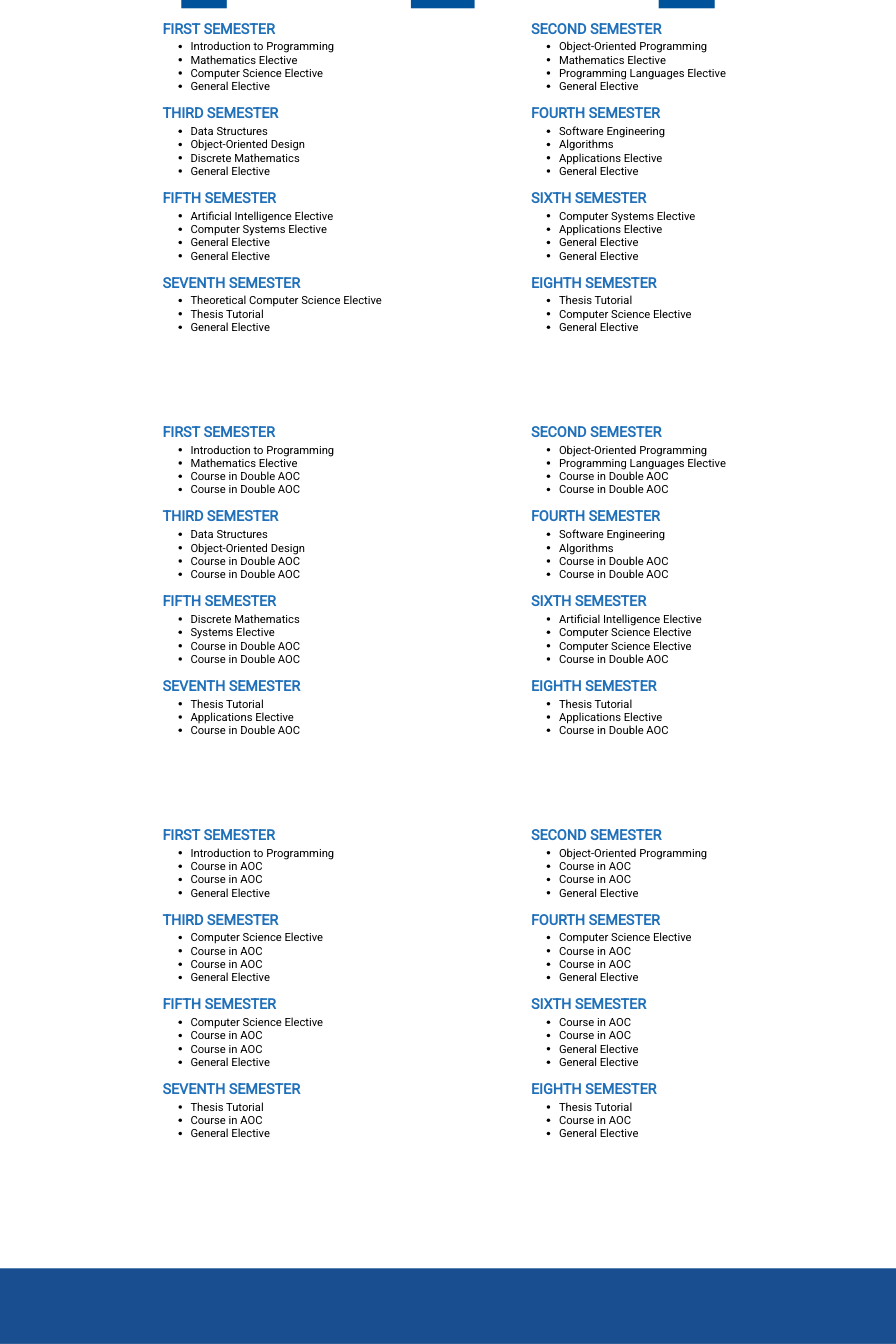
Repository: tylazar/NCFCS
Page: curriculum.html
An editor plug-in stored every save of this project. The page is shown before and after the next save, followed by the edit.
The browser window is 1280 px wide. The pictures show the part of the page from y = 1937 to 3857 px (the page is 3857 px tall before and 2673 px after), at 70% of full size.

Above is the page before, as saved 2020-02-12 17:36:45.
Console error: TypeError: Cannot read properties of undefined (reading 'style')

### curriculum.html
<!DOCTYPE html>
<html lang="en-US">
<head>
	<title>New College of Florida | Curriculum</title>

	<link rel="stylesheet" type="text/css" href="styles\curriculum.css">
	<link href="https://fonts.googleapis.com/css?family=Montserrat|Roboto&display=swap" rel="stylesheet">
</head>
<body>
	<ul id="top-nav">
		<li class="nav"><a href="https://www.ncf.edu/"><img id="nav-img-left" src="images\logo-white.png" alt="New College of Florida"></a></li>
		<li class="nav"><a class="top-link" href="index.html">Home</a></li>
		<li class="nav"><a class="top-link active" href="curriculum.html">Curriculum</a></li>
		<li class="nav"><a class="top-link" href="faculty\index.html">Faculty & Alumni</a></li>
		<li class="nav"><a class="top-link" href="projects\index.html">Student Projects</a></li>
		<li class="nav"><a class="top-link" href="resources.html">Highlights</a></li>
		<li class="nav"><img id="nav-img-right" src="images\four-winds-white.png" alt="Four Winds logo"></li>
	</ul>

	<div id="body-content">
		<h1>CURRICULUM</h1>
		<h3>At New College, we believe in the value of interdisciplinary education
			and flexibility in curriculum to meet each student's individual
			needs.</h3>
			<p class="standard-text">Instead of majors and minors, we have Areas of
				Concentrations (AOCs) and Slashes. Students wishing to having two AOCs
				as their primary educational focus can get a Double AOC in which the
				requirements of both AOCs are fully met. This system allows our students
				to focus on topics they're passionate in while still exploring other
				areas and learning from different perspectives. Each AOC has required
				courses for graduation, but the time these are taken and supplementary
				classes are up to the student and their advisor. </p>

				<hr>
				<h2>Core Computer Science Courses</h2>
				<img id="reqs" src="images\reqs.png" alt="A flowchart of core required courses">

				<h2>Sample Elective Courses</h2>
				<button class="collapsible first">Applications (2 Required)</button>
				<div class="collaps-content">
					<table>
						<tr>
							<td><p>Databases and Web Applications</p></td>
							<td><p>High Performance Computing</p></td>
						</tr>
						<tr>
							<td><p>Mobile Applications</p></td>
							<td><p>Augmented Reality</p></td>
						</tr>
						<tr>
							<td><p>Human Centered Computing</p></td>
							<td><p>Web Security</p></td>
						</tr>
						<tr>
							<td><p>Bioinformatics</p></td>
							<td><p>Computer Graphics</p></td>
						</tr>
					</table>
				</div>

				<button class="collapsible">Artificial Intelligence (1 Required)</button>
				<div class="collaps-content">
					<table>
						<tr>
							<td><p>Data Mining and Machine Learning</p></td>
							<td><p>Applied Machine Learning</p></td>
						</tr>
						<tr>
							<td><p>Natural Language Processing</p></td>
							<td><p>A.I. and its Philosophical Underpinnings</p></td>
						</tr>
						<tr>
							<td><p>Artificial Intelligence</p></td>
							<td><p>Multiagent Systems</p></td>
						</tr>
					</table>
				</div>

				<button class="collapsible">Computer Systems (2 Required)</button>
				<div class="collaps-content">
					<table>
						<tr>
							<td><p>Computer Networks</p></td>
							<td><p>Distributed Computing</p></td>
						</tr>
						<tr>
							<td><p>Intro Computer Architecture</p></td>
							<td><p>Parallel Algorithms</p></td>
						</tr>
						<tr>
							<td><p>Operating Systems</p></td>
							<td><p>Hacking</p></td>
						</tr>
					</table>
				</div>

				<button class="collapsible">Mathematics (2 Required)</button>
				<div class="collaps-content">
					<table>
						<tr>
							<td><p>Dealing with Data</p></td>
							<td><p>Graph Theory</p></td>
						</tr>
						<tr>
							<td><p>Linear Algebra</p></td>
							<td><p>Information Theory</p></td>
						</tr>
						<tr>
							<td><p>Calculus</p></td>
							<td><p>Number Theory</p></td>
						</tr>
					</table>
				</div>

				<button class="collapsible">Programming Languages (1 Required)</button>
				<div class="collaps-content">
					<table>
						<tr>
							<td><p>The C Programming Language</p></td>
							<td><p>Functional Problem Solving with Scheme</p></td>
						</tr>
						<tr>
							<td><p>Principles of Programming Languages</p></td>
							<td><p>C++</p></td>
						</tr>
						<tr>
							<td><p>Compilers</p></td>
						</tr>
					</table>
				</div>

				<button class="collapsible">Theoretical Computer Science (1 Required)</button>
				<div class="collaps-content">
					<table>
						<tr>
							<td><p>Advanced Algorithm Design and Analysis</p></td>
							<td><p>Cryptography</p></td>
						</tr>
						<tr>
							<td><p>Computational Complexity Theory</p></td>
							<td><p>Applied Topics in Algorithms</p></td>
						</tr>
						<tr>
							<td><p>Theory of Computation</p></td>
							<td><p>Advanced Discrete Mathematics</p></td>
						</tr>
					</table>
				</div>


				<hr>
				<h3>New College prides itself on its motivated and independent students.</h3>
				<p class="standard-text">New College students must satisfy both the requirements of the Liberal Arts Curriculum (LAC), New College's general education program, and the specific requirements for their major (Area of Concentration, or AOC), Double AOC, or minor (slash). With so many opportunities each term, the pathways below are provided as examples of how a student could complete the requirements for graduation.</p>
				<p class="standard-text">We've put some checkpoints in place so that you make the most of your time at New College. Each term, you'll meet with your faculty advisor to discuss courses, tutorials, internships, and other academic experience. </p>

				<script type="text/javascript" src="scripts\collapsible.js"></script>

				<h2 class="path-h2">Sample Pathways</h2>
				<div class="path-header">
					<button class="path-btn" onclick="changePath('AOC')">AOC</button>
					<button class="path-btn" onclick="changePath('double')">DOUBLE</button>
					<button class="path-btn" onclick="changePath('slash')">SLASH</button>
				</div>

				<div class="path AOC">
					<ul>
						<li class="semester left"><h4>FIRST SEMESTER</h4>
							<ul>
								<li>Introduction to Programming</li>
								<li>Mathematics Elective</li>
								<li>Computer Science Elective</li>
								<li>General Elective</li>
							</ul>
						</li>
						<li class="semester right"><h4>SECOND SEMESTER</h4>
							<ul>
								<li>Object-Oriented Programming</li>
								<li>Mathematics Elective</li>
								<li>Programming Languages Elective</li>
								<li>General Elective</li>
							</ul>
						</li>
						<li class="semester left"><h4>THIRD SEMESTER</h4>
							<ul>
								<li>Data Structures</li>
								<li>Object-Oriented Design</li>
								<li>Discrete Mathematics</li>
								<li>General Elective</li>
							</ul>
						</li>
						<li class="semester right"><h4>FOURTH SEMESTER</h4>
							<ul>
								<li>Software Engineering</li>
								<li>Algorithms</li>
								<li>Applications Elective</li>
								<li>General Elective</li>
							</ul>
						</li>
						<li class="semester left"><h4>FIFTH SEMESTER</h4>
							<ul>
								<li>Artificial Intelligence Elective</li>
								<li>Computer Systems Elective</li>
								<li>General Elective</li>
								<li>General Elective</li>
							</ul>
						</li>
						<li class="semester right"><h4>SIXTH SEMESTER</h4>
							<ul>
								<li>Computer Systems Elective</li>
								<li>Applications Elective</li>
								<li>General Elective</li>
								<li>General Elective</li>
							</ul>
						</li>
						<li class="semester left"><h4>SEVENTH SEMESTER</h4>
							<ul>
								<li>Theoretical Computer Science Elective</li>
								<li>Thesis Tutorial</li>
								<li>General Elective</li>
							</ul>
						</li>
						<li class="semester right"><h4>EIGHTH SEMESTER</h4>
							<ul>
								<li>Thesis Tutorial</li>
								<li>Computer Science Elective</li>
								<li>General Elective</li>
							</ul>
						</li>
					</ul>
				</div>

				<div class="path double">
					<ul>
						<li class="semester left"><h4>FIRST SEMESTER</h4>
							<ul>
								<li>Introduction to Programming</li>
								<li>Mathematics Elective</li>
								<li>Course in Double AOC</li>
								<li>Course in Double AOC</li>
							</ul>
						</li>
						<li class="semester right"><h4>SECOND SEMESTER</h4>
							<ul>
								<li>Object-Oriented Programming</li>
								<li>Programming Languages Elective</li>
								<li>Course in Double AOC</li>
								<li>Course in Double AOC</li>
							</ul>
						</li>
						<li class="semester left"><h4>THIRD SEMESTER</h4>
							<ul>
								<li>Data Structures</li>
								<li>Object-Oriented Design</li>
								<li>Course in Double AOC</li>
								<li>Course in Double AOC</li>
							</ul>
						</li>
						<li class="semester right"><h4>FOURTH SEMESTER</h4>
							<ul>
								<li>Software Engineering</li>
								<li>Algorithms</li>
								<li>Course in Double AOC</li>
								<li>Course in Double AOC</li>
							</ul>
						</li>
						<li class="semester left"><h4>FIFTH SEMESTER</h4>
							<ul>
								<li>Discrete Mathematics</li>
								<li>Systems Elective</li>
								<li>Course in Double AOC</li>
								<li>Course in Double AOC</li>
							</ul>
						</li>
						<li class="semester right"><h4>SIXTH SEMESTER</h4>
							<ul>
								<li>Artificial Intelligence Elective</li>
								<li>Computer Science Elective</li>
								<li>Computer Science Elective</li>
								<li>Course in Double AOC</li>
							</ul>
						</li>
						<br>
						<li class="semester left"><h4>SEVENTH SEMESTER</h4>
							<ul>
								<li>Thesis Tutorial</li>
								<li>Applications Elective</li>
								<li>Course in Double AOC</li>
							</ul>
						</li>
						<li class="semester right"><h4>EIGHTH SEMESTER</h4>
							<ul>
								<li>Thesis Tutorial</li>
								<li>Applications Elective</li>
								<li>Course in Double AOC</li>
							</ul>
						</li>
					</ul>
				</div>

				<div class="path slash">
					<ul>
						<li class="semester left"><h4>FIRST SEMESTER</h4>
							<ul>
								<li>Introduction to Programming</li>
								<li>Course in AOC</li>
								<li>Course in AOC</li>
								<li>General Elective</li>
							</ul>
						</li>
						<li class="semester right"><h4>SECOND SEMESTER</h4>
							<ul>
								<li>Object-Oriented Programming</li>
								<li>Course in AOC</li>
								<li>Course in AOC</li>
								<li>General Elective</li>
							</ul>
						</li>
						<li class="semester left"><h4>THIRD SEMESTER</h4>
							<ul>
								<li>Computer Science Elective</li>
								<li>Course in AOC</li>
								<li>Course in AOC</li>
								<li>General Elective</li>
							</ul>
						</li>
						<li class="semester right"><h4>FOURTH SEMESTER</h4>
							<ul>
								<li>Computer Science Elective</li>
								<li>Course in AOC</li>
								<li>Course in AOC</li>
								<li>General Elective</li>
							</ul>
						</li>
						<li class="semester left"><h4>FIFTH SEMESTER</h4>
							<ul>
								<li>Computer Science Elective</li>
								<li>Course in AOC</li>
								<li>Course in AOC</li>
								<li>General Elective</li>
							</ul>
						</li>
						<li class="semester right"><h4>SIXTH SEMESTER</h4>
							<ul>
								<li>Course in AOC</li>
								<li>Course in AOC</li>
								<li>General Elective</li>
								<li>General Elective</li>
							</ul>
						</li>
						<br>
						<li class="semester left"><h4>SEVENTH SEMESTER</h4>
							<ul>
								<li>Thesis Tutorial</li>
								<li>Course in AOC</li>
								<li>General Elective</li>
							</ul>
						</li>
						<li class="semester right"><h4>EIGHTH SEMESTER</h4>
							<ul class="classes">
								<li>Thesis Tutorial</li>
								<li>Course in AOC</li>
								<li>General Elective</li>
							</ul>
						</li>
					</ul>
				</div>

				<script type="text/javascript" src="scripts\pathways.js"></script>
			</div>

			<div class="footer">

			</div>
		</body>
		</html>

### styles/curriculum.css
@import "common.css";

/* Stuff for the collapsible (break this all up please) */
/* Still needs work - this is the default design */
.collapsible {
  color: white;
  background-color: #00539B;
  cursor: pointer;
  padding: 4vh;
  width: 100%;
  border-bottom: none;
  border-top: none;
  border-left: white;
  border-right: white;
  text-align: left;
  outline: none;
  font-size: 1.1em;
  font-weight: bold;
}

#reqs {
  margin: auto;
  width: 80%;
}

.first {
  border-top: 2px solid white;
}

.active-collaps,
.collapsible:hover,
.collapsible:focus {
  background-color: #2070ba;
  color: white;
}

.collapsible:hover:after {
  content: '\002B';
  color: white;
}

.collapsible:after {
  content: '\002B';
  color: white;
  font-weight: bold;
  float: right;
  margin-left: 5px;
}

.collapsible:after:focus {
  border: 1px solid white;
}

.active-collaps {
  border: none;
}

.active-collaps:after {
  content: '\2212';
  color: white;
}

.active-collaps:hover:after {
  content: '\2212';
}

.collaps-content {
  padding: 0 18px;
  max-height: 0;
  overflow: hidden;
  transition: max-height 0.2s ease-out;
  color: #2070ba;
  border-left: 2px solid #2070ba;
  border-right: 2px solid #2070ba;
  border-bottom: 2px solid white;

}

.collaps-content table {
	width: 100%;
	align-content: center;
}

/* stuff for pathways */
.path-header {
	display: flex;
	width: 100%;
	justify-content: center;
}

.path {
	display: flex;
	justify-content: center;
  margin: auto;
  min-height: 80vh;
}

.semester {
  list-style: none;
}

h4 {
  margin-top: 2em;
}

h6 {
  margin-top: 2em;
  margin-bottom: 2em;
}

.path-div {
  border: 2px solid red;
}

ul {
  text-align: left;
  margin-top: -2em;
  padding-top: -2em;
  margin-bottom: -2em;
  list-style-type: disc;
}

.path-btn {
  text-align: center;
  display: table-cell;
  vertical-align: middle;
  margin: auto;
  background-color: #00539B;
  color: white;
  border: none;
  padding: 18px 18px;
  cursor: pointer;
}

.path-btn:hover,
.path-btn:focus {
  background-color: #2070ba;
}

.left {
  width: 40%;
  float: left;
  padding-left: 5vw;
}

.right {
  width: 40%;
  float: right;
}

### scripts/collapsible.js
var coll = document.getElementsByClassName("collapsible");
var i;

for (i = 0; i < coll.length; i++) {
  coll[i].addEventListener("click", function() {
    this.classList.toggle("active-collaps");
    var content = this.nextElementSibling;
    if (content.style.maxHeight) {
      content.style.maxHeight = null;
    } else {
      content.style.maxHeight = content.scrollHeight + "px";
    }
  });
}

### scripts/pathways.js
let slideIndex = 1;
showPath(slideIndex);

function changePath(n) {
	showPath(n);
}

function currentPath(n) {
	showPath(slideIndex = n);
}

function showPath(n) {
	let paths = document.getElementsByClassName("n");

	if (n > paths.length) {slideIndex = 1;}
	if (n < 1) {slideIndex = paths.length;}
	for (let i = 0; i < paths.length; i++) {
		paths[i].style.display = "none";
	}
	paths[slideIndex - 1].style.display = "block";
}

### styles/common.css
/* top navigation bar */
#top-nav {
	list-style-type: none;
	margin: 0;
	padding: 0;
	overflow: hidden;
	background-color: #194f90;
	display: flex;
	justify-content: space-between;
	align-items: center;
	font-family: 'Roboto', sans-serif;
	text-transform: uppercase;
}

#nav-img-left {
	height: 3em;
	margin: 1em;
	float: left;
}

.nav {
	float: left;
}

.top-link {
	display: block;
	color: white;
	text-align: center;
	text-decoration: none;
	padding: 32px 44px;
}

#nav-img-right {
	height: 3em;
	margin: 1em;
	float: right;
}

li a:hover,
li a:focus {
	background-color: #2070ba;
}

.active:focus {
	background-color: #2070ba;
	color: white;
}

.active {
	color: #fcbf49;
	font-weight: bold;
}


body {
	margin: 0;
	text-align: center;
	font-family: 'Roboto', sans-serif;
	overflow-x: hidden;
}

#body-content {
	width: 80%;
	display: block;
	margin: auto;
	margin-bottom: 10vh;
}

h1 {
	margin-top: 6vh;
	font-family: 'Roboto', sans-serif;
	color: #003087;
	font-size: 3vw;
	font-weight: bolder;
}

h2 {
	font-family: 'Roboto', sans-serif;
	color: #2070ba;
	font-size: 2vw;
}

h3 {
	font-family: 'Roboto', sans-serif;
	color: #2070ba;
	line-height: 2em;
	font-size: 1.75vw;
}

h4 {
	font-family: 'Roboto', sans-serif;
	color: #2070ba;
	line-height: 2em;
	font-size: 1.6vw;
}

hr {
	width: 15%;
	border: 0.8vh solid #00539b;
	margin-top: 6vh;
	margin-bottom: 6vh;
}

.main-img {
	width: 100vw;
	height: 70vh;
	object-fit: cover;
	display: block;
	margin: auto;
}

.rnd-img {
	border-radius: 50%;
	max-width: 20vw;
}

.standard-text {
	font-size: 1.2vw;
	margin-bottom: 5vh;
}

.footer {
	height: 15vh;
	background-color: #194f90;
	position: relative;
	right: 0;
	left: 0;
	bottom: 0;
	width: 100%;
}

After the next save:
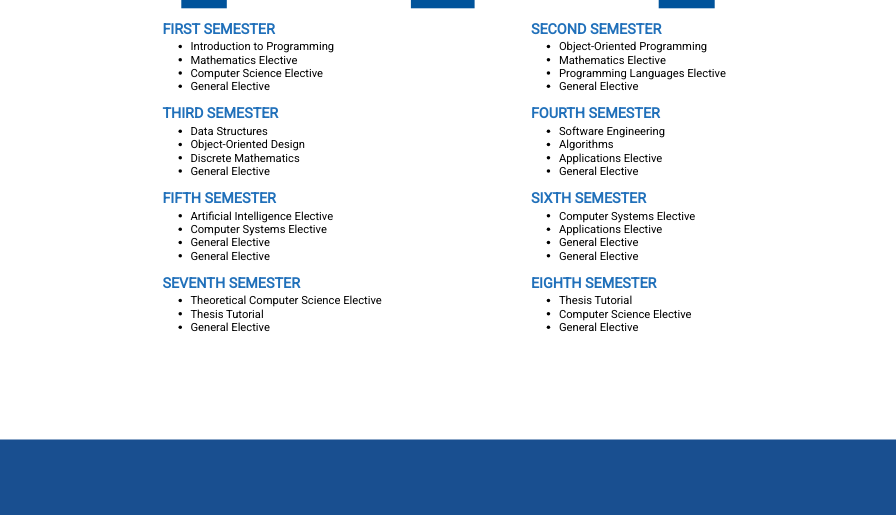
The error is gone.
Saved 2 s later.
--- a/scripts/pathways.js
+++ b/scripts/pathways.js
@@ -10,7 +10,7 @@ function currentPath(n) {
 }
 
 function showPath(n) {
-	let paths = document.getElementsByClassName("n");
+	let paths = document.getElementsByClassName("path");
 
 	if (n > paths.length) {slideIndex = 1;}
 	if (n < 1) {slideIndex = paths.length;}
